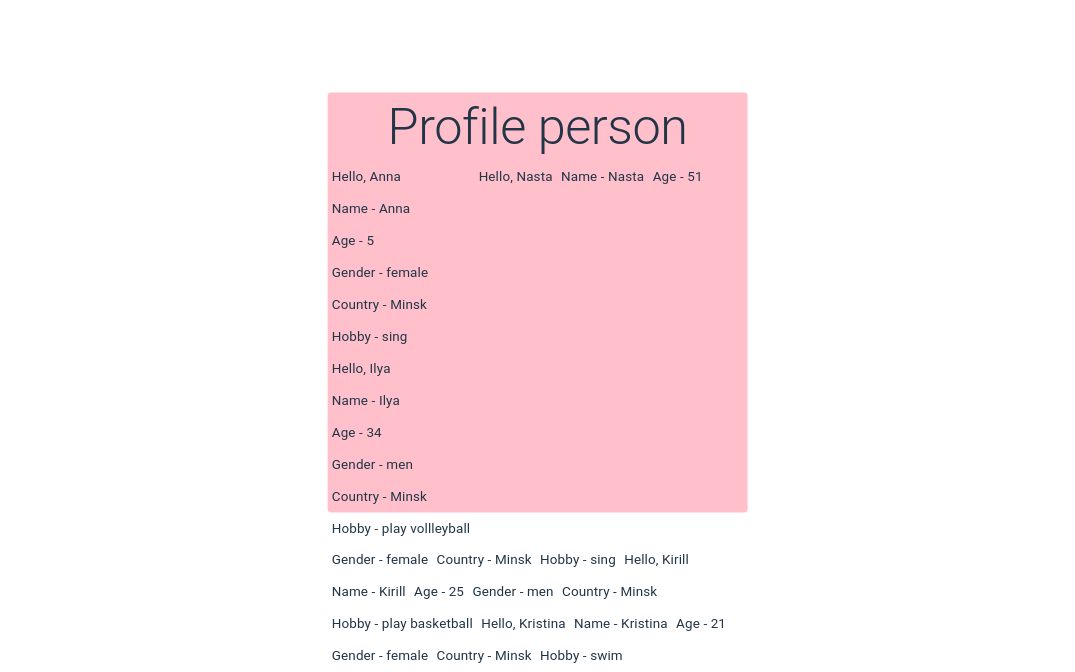
Repository: savannaaaas/props
Page: /
An editor plug-in stored every save of this project. The page is shown before and after the next save, followed by the edit.
The browser window is 1280 px wide. The pictures show the whole page, at 84% of full size.
The project was rebuilt for these pictures with package versions that can differ from the ones it lists, and the page was loaded fresh each time. Also part of the build but not shown: vite.config.js.

Above is the page before, as saved 2025-07-08 00:13:35.

### src/App.jsx
import "./App.css";
import Box from "@mui/material/Box";
import Typography from "@mui/material/Typography";
import { Person1 } from "./components/Person1";
import { Person2 } from "./components/Person2";
import { Person3 } from "./components/Person3";
import { Person4 } from "./components/Person4";
import { Person5 } from "./components/Person5";
import Grid from "@mui/material/Grid";
/**1. Создать 6 любых компонент.
2. В компоненты передать props следующих типов данных:
number
string
boolean
object
function
array
3. Использовать в компонентах каждый prop.
4. Сделать деструктуризацию props. */
function App() {
  const obj = { country: "Minsk" };
  const sayHello = (name) => ` Hello, ${name}`;
  const hobbies = ["swim", "sing", "play vollleyball", "play basketball"];
  return (
    <Box
      sx={{
        width: 500,
        height: 500,
        borderRadius: 1,
        bgcolor: "pink",
      }}
    >
      <Typography variant="h2" align="center" style={{ padding: "5px" }}>
        Profile person
      </Typography>
      <Grid container direction="row">
        <Grid>
          <Person1
            name={"Anna"}
            age={5}
            men={false}
            obj={obj}
            sayHello={sayHello}
            hobbies={hobbies}
          />
          <Person2
            name={"Ilya"}
            age={34}
            men={true}
            obj={obj}
            sayHello={sayHello}
            hobbies={hobbies}
          />
        </Grid>

        <Person3
          name={"Nasta"}
          age={51}
          men={false}
          obj={obj}
          sayHello={sayHello}
          hobbies={hobbies}
        />
        <Person4
          name={"Kirill"}
          age={25}
          men={true}
          obj={obj}
          sayHello={sayHello}
          hobbies={hobbies}
        />
        <Person5
          name={"Kristina"}
          age={21}
          men={false}
          obj={obj}
          sayHello={sayHello}
          hobbies={hobbies}
        />
      </Grid>
    </Box>
  );
}

export default App;

### src/components/Person1.jsx
import Typography from "@mui/material/Typography";
export const Person1 = ({ name, age, men, obj, sayHello, hobbies }) => {
  return (
    <>
      <Typography variant="subtitle1" align="left" style={{ padding: "5px" }}>
        {sayHello(name)}
      </Typography>
      <Typography variant="subtitle1" align="left" style={{ padding: "5px" }}>
        Name - {name}
      </Typography>
      <Typography variant="subtitle1" align="left" style={{ padding: "5px" }}>
        Age - {age}
      </Typography>
      <Typography variant="subtitle1" align="left" style={{ padding: "5px" }}>
        Gender - {men ? "men" : "female"}
      </Typography>
      <Typography variant="subtitle1" align="left" style={{ padding: "5px" }}>
        Country - {obj.country}
      </Typography>
      <Typography variant="subtitle1" align="left" style={{ padding: "5px" }}>
        Hobby - {hobbies[1]}
      </Typography>
    </>
  );
};

### src/components/Person2.jsx
import Typography from "@mui/material/Typography";
export const Person2 = ({ name, age, men, obj, sayHello, hobbies }) => {
  return (
    <>
      <Typography variant="subtitle1" align="left" style={{ padding: "5px" }}>
        {sayHello(name)}
      </Typography>
      <Typography variant="subtitle1" align="left" style={{ padding: "5px" }}>
        Name - {name}
      </Typography>
      <Typography variant="subtitle1" align="left" style={{ padding: "5px" }}>
        Age - {age}
      </Typography>
      <Typography variant="subtitle1" align="left" style={{ padding: "5px" }}>
        Gender - {men ? "men" : "female"}
      </Typography>
      <Typography variant="subtitle1" align="left" style={{ padding: "5px" }}>
        Country - {obj.country}
      </Typography>
      <Typography variant="subtitle1" align="left" style={{ padding: "5px" }}>
        Hobby - {hobbies[2]}
      </Typography>
    </>
  );
};

### src/components/Person3.jsx
import Typography from "@mui/material/Typography";
export const Person3 = ({ name, age, men, obj, sayHello, hobbies }) => {
  return (
    <>
      <Typography variant="subtitle1" align="left" style={{ padding: "5px" }}>
        {sayHello(name)}
      </Typography>
      <Typography variant="subtitle1" align="left" style={{ padding: "5px" }}>
        Name - {name}
      </Typography>
      <Typography variant="subtitle1" align="left" style={{ padding: "5px" }}>
        Age - {age}
      </Typography>
      <Typography variant="subtitle1" align="left" style={{ padding: "5px" }}>
        Gender - {men ? "men" : "female"}
      </Typography>
      <Typography variant="subtitle1" align="left" style={{ padding: "5px" }}>
        Country - {obj.country}
      </Typography>
      <Typography variant="subtitle1" align="left" style={{ padding: "5px" }}>
        Hobby - {hobbies[1]}
      </Typography>
    </>
  );
};

### src/components/Person4.jsx
import Typography from "@mui/material/Typography";
export const Person4 = ({ name, age, men, obj, sayHello, hobbies }) => {
  return (
    <>
      <Typography variant="subtitle1" align="left" style={{ padding: "5px" }}>
        {sayHello(name)}
      </Typography>
      <Typography variant="subtitle1" align="left" style={{ padding: "5px" }}>
        Name - {name}
      </Typography>
      <Typography variant="subtitle1" align="left" style={{ padding: "5px" }}>
        Age - {age}
      </Typography>
      <Typography variant="subtitle1" align="left" style={{ padding: "5px" }}>
        Gender - {men ? "men" : "female"}
      </Typography>
      <Typography variant="subtitle1" align="left" style={{ padding: "5px" }}>
        Country - {obj.country}
      </Typography>
      <Typography variant="subtitle1" align="left" style={{ padding: "5px" }}>
        Hobby - {hobbies[3]}
      </Typography>
    </>
  );
};

### src/components/Person5.jsx
import Typography from "@mui/material/Typography";
export const Person5 = ({ name, age, men, obj, sayHello, hobbies }) => {
  return (
    <>
      <Typography variant="subtitle1" align="left" style={{ padding: "5px" }}>
        {sayHello(name)}
      </Typography>
      <Typography variant="subtitle1" align="left" style={{ padding: "5px" }}>
        Name - {name}
      </Typography>
      <Typography variant="subtitle1" align="left" style={{ padding: "5px" }}>
        Age - {age}
      </Typography>
      <Typography variant="subtitle1" align="left" style={{ padding: "5px" }}>
        Gender - {men ? "men" : "female"}
      </Typography>
      <Typography variant="subtitle1" align="left" style={{ padding: "5px" }}>
        Country - {obj.country}
      </Typography>
      <Typography variant="subtitle1" align="left" style={{ padding: "5px" }}>
        Hobby - {hobbies[0]}
      </Typography>
    </>
  );
};

Loaded but not shown: index.html (common file); src/main.jsx (common file); src/index.css (common file); src/App.css (common file)

After the next save:
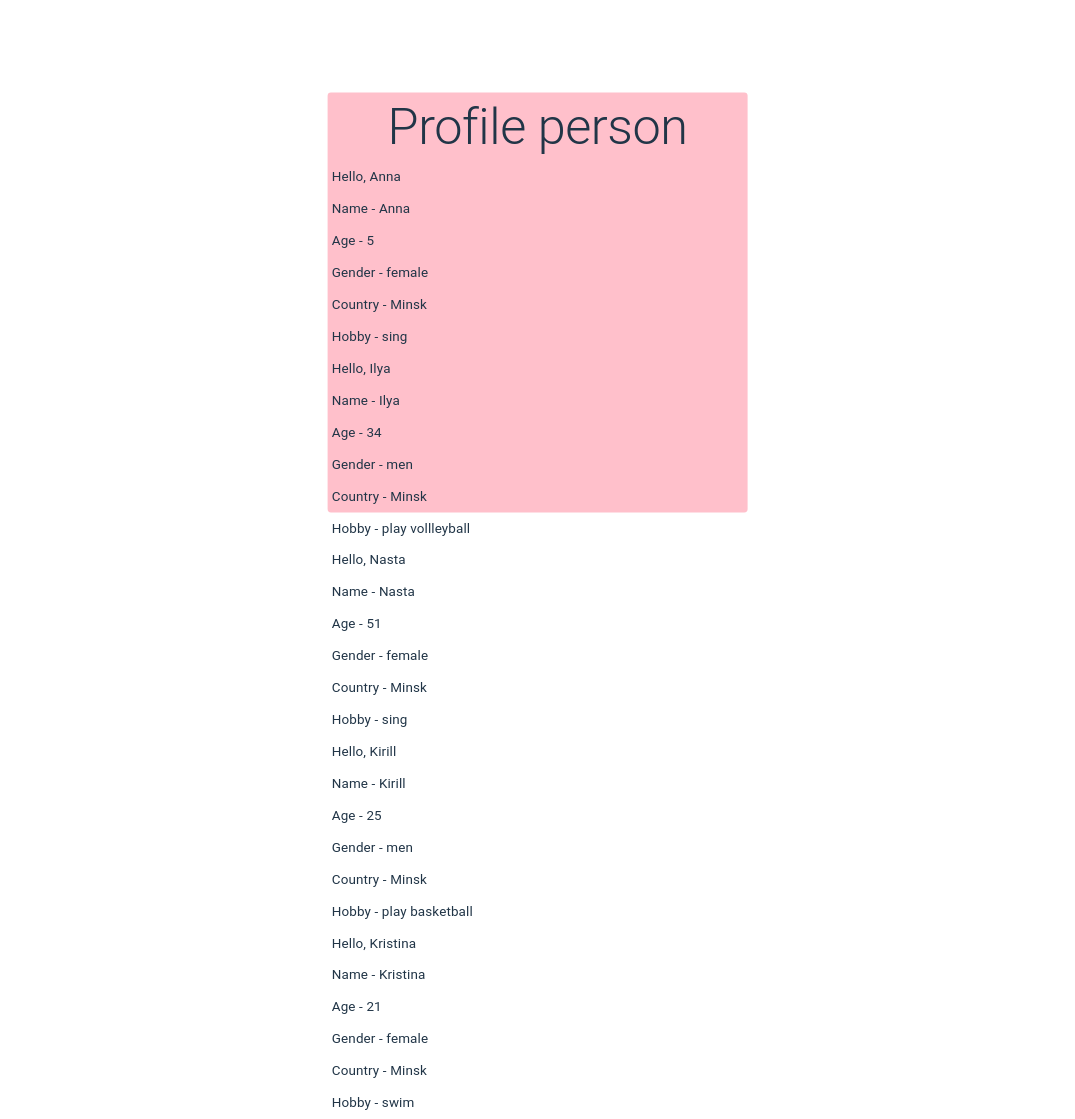
Saved 11 s later.
--- a/src/App.jsx
+++ b/src/App.jsx
@@ -33,7 +33,7 @@ function App() {
       <Typography variant="h2" align="center" style={{ padding: "5px" }}>
         Profile person
       </Typography>
-      <Grid container direction="row">
+      <Grid container direction="column">
         <Grid>
           <Person1
             name={"Anna"}
